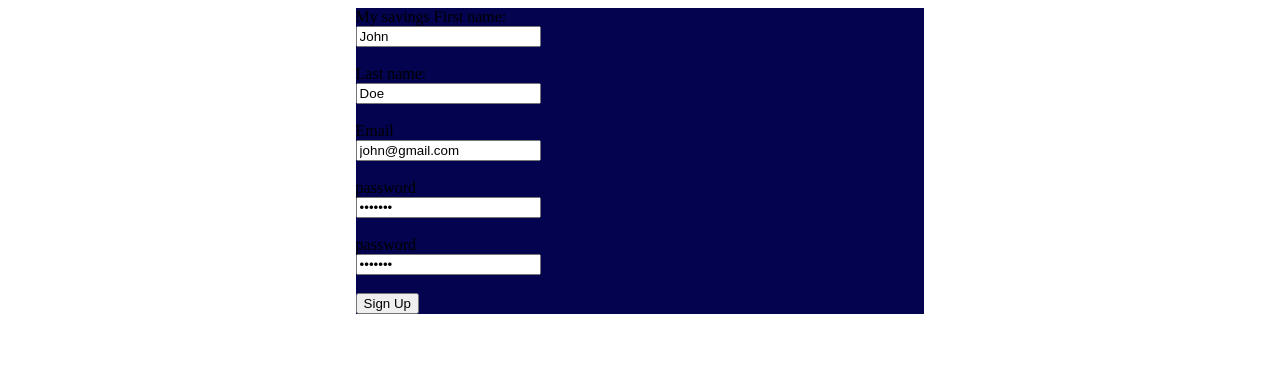
Repository: reemoon-ctrl/hotel-website
Page: mine-form_styling_start.html
An editor plug-in stored every save of this project. The page is shown before and after a run of saves, followed by the edit.
The browser window is 1280 px wide. The pictures show the whole page.

Above is the page before, as saved 2024-07-20 13:43:06.

After the next 2 saves:
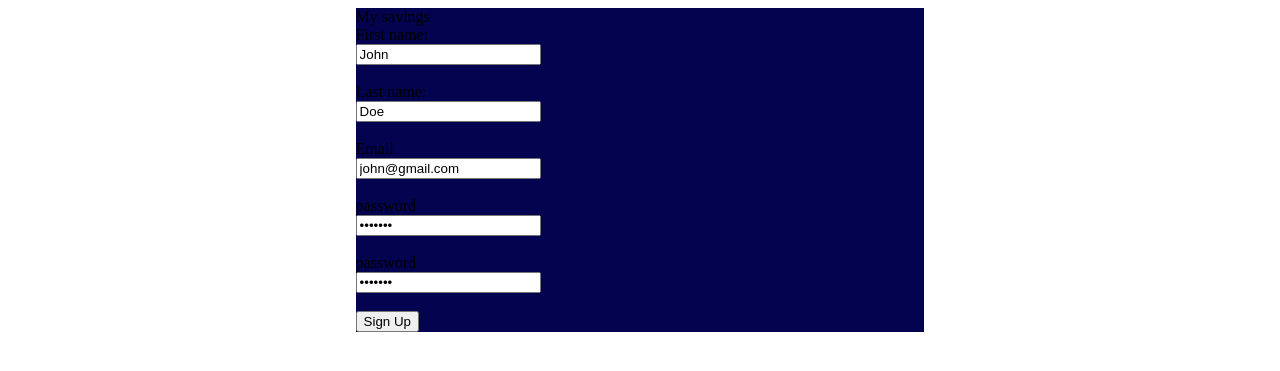
The 2 saves are shown as one change because they came seconds apart.
The last was saved 104 s later.
--- a/mine-form_styling_start.html
+++ b/mine-form_styling_start.html
@@ -20,7 +20,7 @@
 <body>
     <div class="container">
     <form class="form" action="/action_page.php">
-        <caption style="text-align:right">My savings</caption>
+        <caption style="text-align:right">My savings</caption><br>
         <label for="fname">First name:</label><br>
         <input type="text" id="fname" name="fname" value="John"><br><br>
         <label for="lname">Last name:</label><br>
